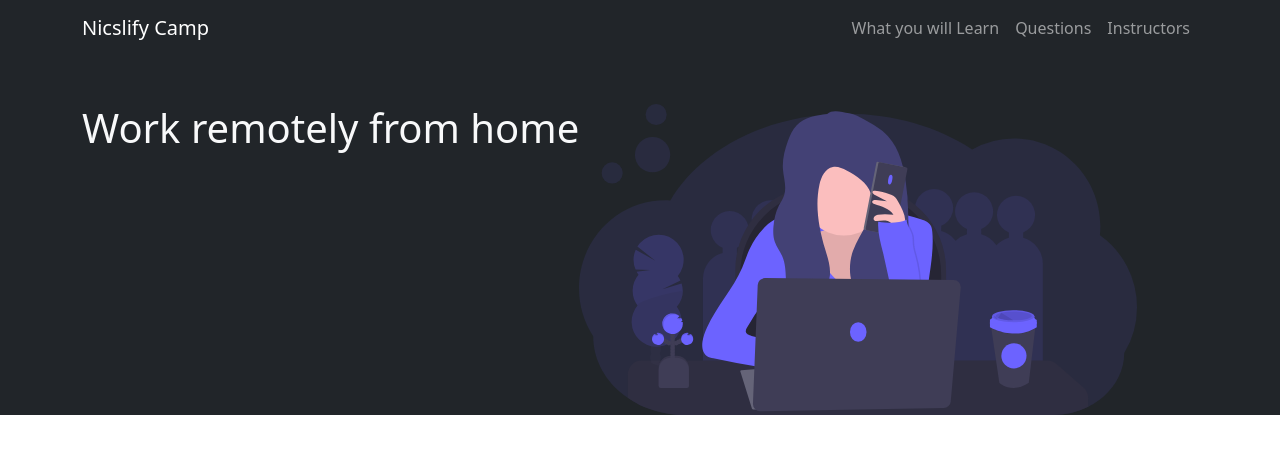
Repository: Eugene44-hub/enrollment-site
Page: index.html
An editor plug-in stored every save of this project. The page is shown before and after a run of saves, followed by the edit.
The browser window is 1280 px wide. The pictures show the whole page.

Above is the page before, as saved 2021-10-19 16:24:47.

After the next 2 saves:
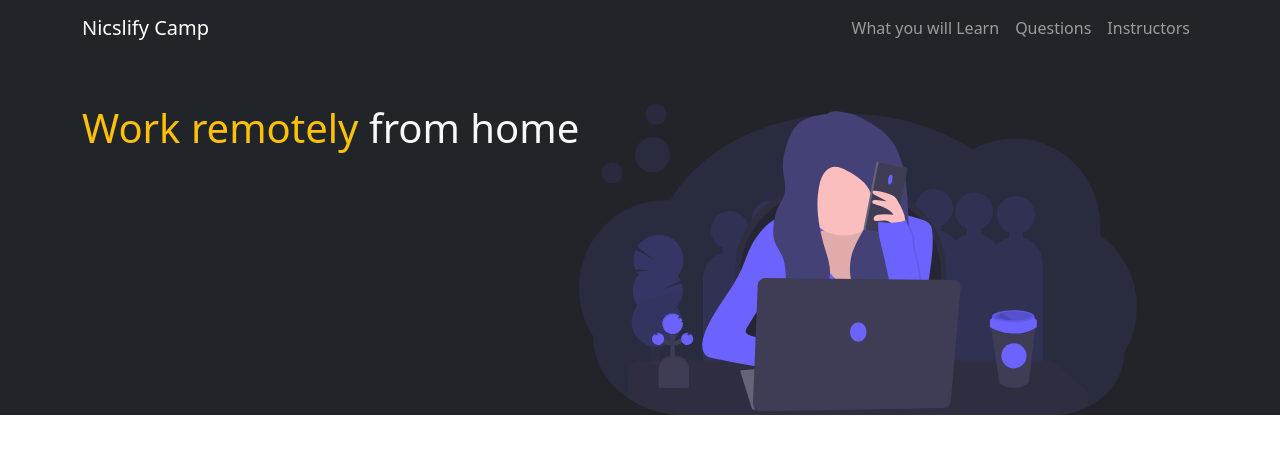
The 2 saves are shown as one change because they came seconds apart.
The last was saved 10 s later.
--- a/index.html
+++ b/index.html
@@ -44,7 +44,7 @@
         <div class="container">
             <div class="d-md-flex pt-5">
                 <div>
-                    <div class="h1"><span class="text-warning"></span> Work remotely from home</div>
+                    <div class="h1"><span class="text-warning">Work remotely</span> from home</div>
                 </div>
                 <img src="undraw_working_remotely_jh40.svg" class="image-fluid w-50" alt="">
             </div>
